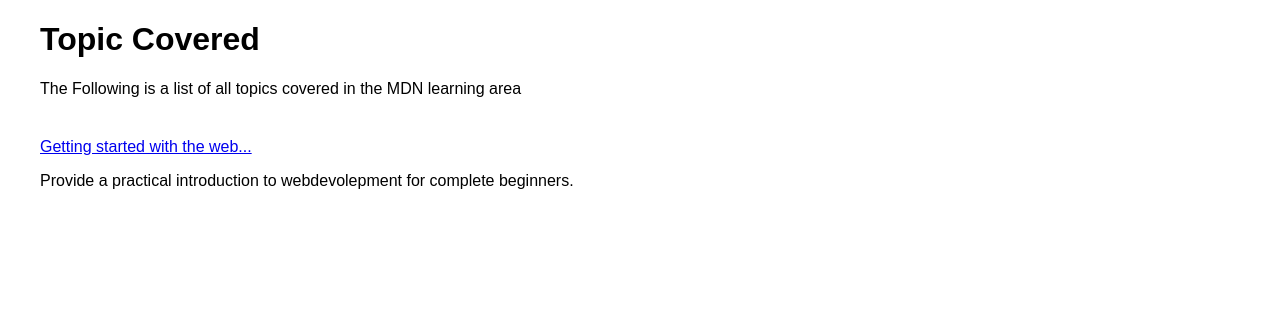
Repository: sriram1224/ReactProjects.github.io
Page: Assignments/Assignment1/index.html
The author's editor kept a copy of each file at every save. The page is drawn from the files as they stood at one save, then again after the next save.
The browser window is 1280 px wide. The pictures show the whole page.

Above is the page before, as saved 2024-03-01 10:02:26.

### Assignments/Assignment1/index.html
<!DOCTYPE html>
<html>
<head>
  <script src="https://unpkg.com/react@18/umd/react.development.js"></script>
  <script src="https://unpkg.com/react-dom@18/umd/react-dom.development.js"></script>
  <style>
    body{
      margin-left: 40px;
      font-family: Arial, sans-serif;

    }
    #para{
      margin-bottom: 40px;
    }


  </style>
</head>

<body>

  <div id="root"></div>

  <script>

    const TopicHeader = () =>
    React.createElement(
      'div',
      null,
      [
      React.createElement(
        'h1',
        {id: 'title'},
        'Topic Covered'
      ),
      React.createElement(
      'p',
      {id: 'para'},
      'The Following is a list of all topics covered in the MDN learning area'),

      ]);

    const TopicDescription = () => React.createElement(
      'div',
      null,
      [
      React.createElement('a', {href: 'http://example.com'}, 'Getting started with the web...'),
      React.createElement('p', {}, 'Provide a practical introduction to webdevolepment for complete beginners.'),]);

    const TopicList = () => React.createElement(
      'div',
      null,
      [




      ]
    );

    ReactDOM.render(
      React.createElement(
        'div',
        null,
        [
          React.createElement(TopicHeader),
          React.createElement(TopicDescription),
          React.createElement(TopicList)
        ]
      ),
      document.getElementById('root')
    );

  </script>

</body>
</html>

After the next save:
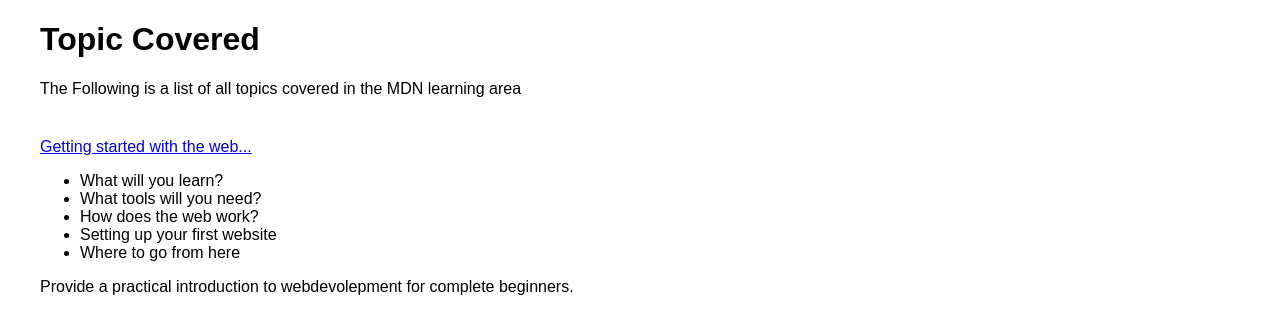
Saved 72 s later.
--- a/Assignments/Assignment1/index.html
+++ b/Assignments/Assignment1/index.html
@@ -45,6 +45,13 @@
       null,
       [
       React.createElement('a', {href: 'http://example.com'}, 'Getting started with the web...'),
+      React.createElement('ul', {}, [
+        React.createElement('li', {}, 'What will you learn?'),
+        React.createElement('li', {}, 'What tools will you need?'),
+        React.createElement('li', {}, 'How does the web work?'),
+        React.createElement('li', {}, 'Setting up your first website'),
+        React.createElement('li', {}, 'Where to go from here'),
+      ]),
       React.createElement('p', {}, 'Provide a practical introduction to webdevolepment for complete beginners.'),]);
 
     const TopicList = () => React.createElement(
